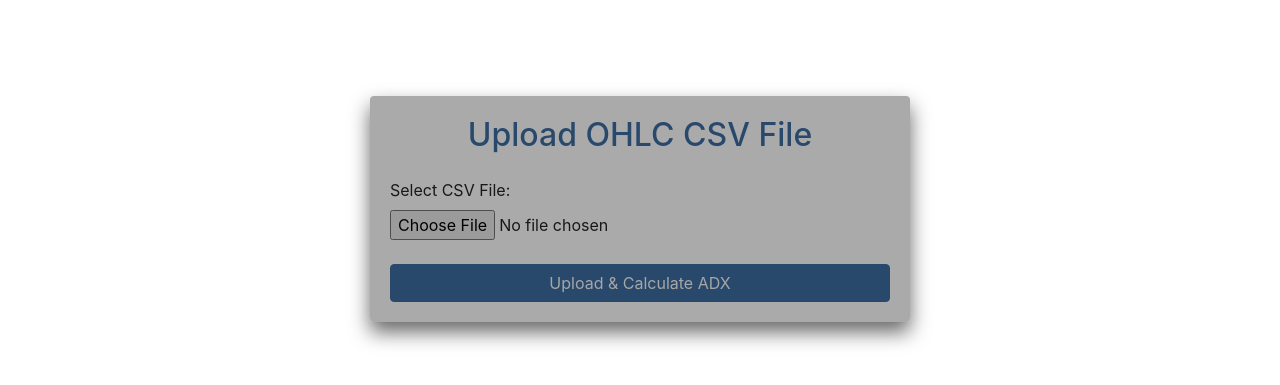
Repository: TEJAS-MI/Intelliqube-Assignment
Page: http://localhost/
The author's editor kept a copy of each file at every save. The page is drawn from the files as they stood at one save, then again after the next save.
The browser window is 1280 px wide. The pictures show the whole page.
The page is served by the project's application, run on Django 2.2 (manage.py).

Above is the page before, as saved 2025-12-03 19:43:39.
Not found: static/img/trading graph.jpeg

After the next save:
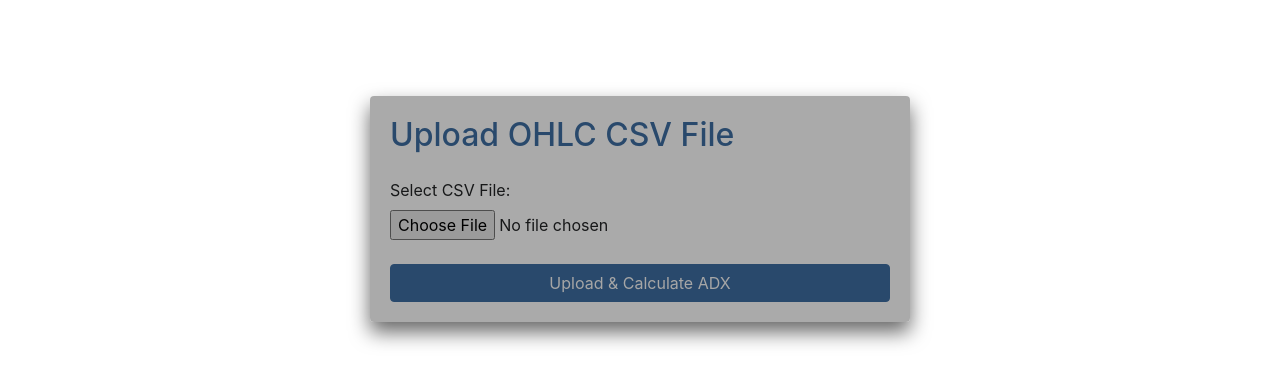
Saved 4 min 33 s later.
--- a/adxapp/templates/adxapp/index.html
+++ b/adxapp/templates/adxapp/index.html
@@ -30,7 +30,7 @@
             <div class="col-md-6">
                 <div class="card form-card mt-5">
                     <div class="card-body">
-                        <h2 class="mb-4 text-center text-primary">Upload OHLC CSV File</h2>
+                        <h2 class="mb-4 text- text-primary">Upload OHLC CSV File</h2>
 
                         <form
                             action="{% url 'process_file' %}"

After the 4 saves that followed:
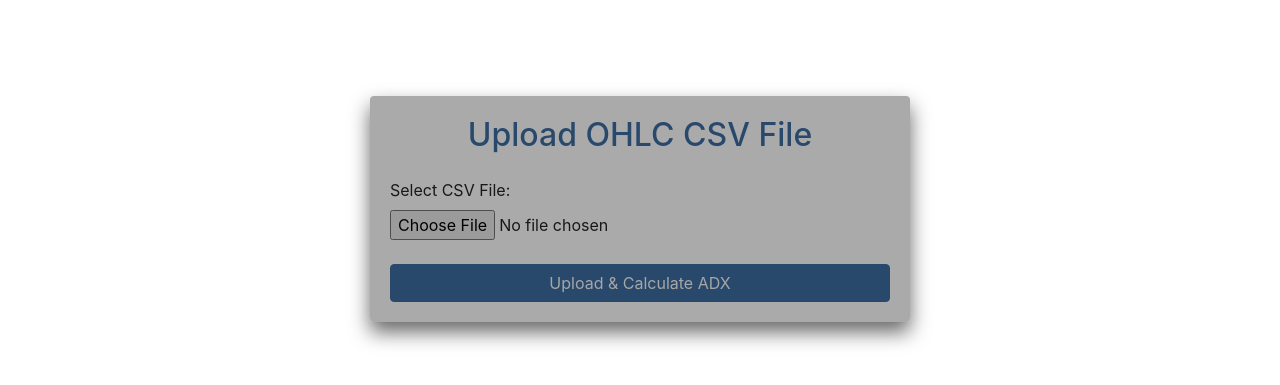
The 4 saves are shown as one change because 1 left the picture as it was and some came seconds apart.
The last was saved 17 s later.
--- a/adxapp/templates/adxapp/index.html
+++ b/adxapp/templates/adxapp/index.html
@@ -30,7 +30,7 @@
             <div class="col-md-6">
                 <div class="card form-card mt-5">
                     <div class="card-body">
-                        <h2 class="mb-4 text- text-primary">Upload OHLC CSV File</h2>
+                        <h2 class="mb-4 text-center text-primary">Upload OHLC CSV File</h2>
 
                         <form
                             action="{% url 'process_file' %}"
